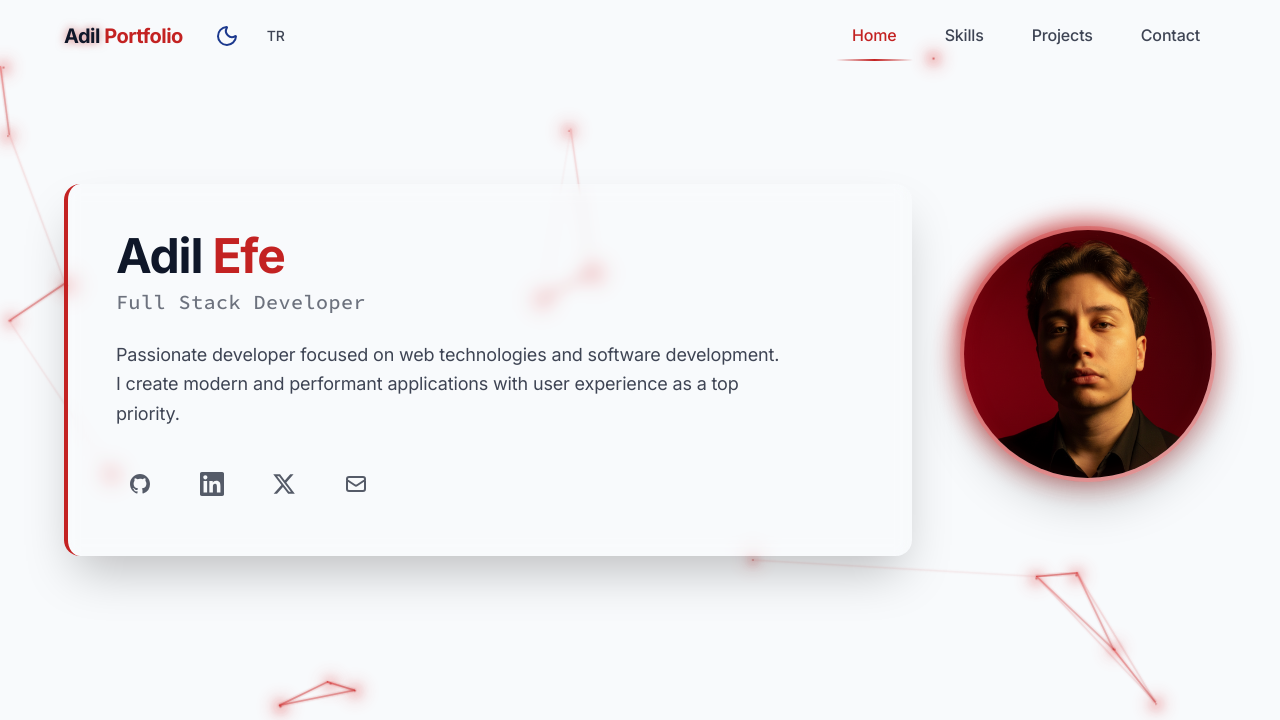
Repository: jusiann/personal-portfolio
Page: / (app in my-portfolio/)
An editor plug-in stored every save of this project. The page is shown before and after the next save, followed by the edit.
The browser window is 1280 px wide. The pictures show the whole page.
The project was rebuilt for these pictures with package versions that can differ from the ones it lists, and the page was loaded fresh each time. Also part of the build but not shown: my-portfolio/vite.config.js, my-portfolio/src/pages/Skills.jsx, my-portfolio/src/pages/Projects.jsx, my-portfolio/src/pages/Contact.jsx, my-portfolio/src/pages/NotFound.jsx.

Above is the page before, as saved 2025-11-20 00:12:28.

After the next save:
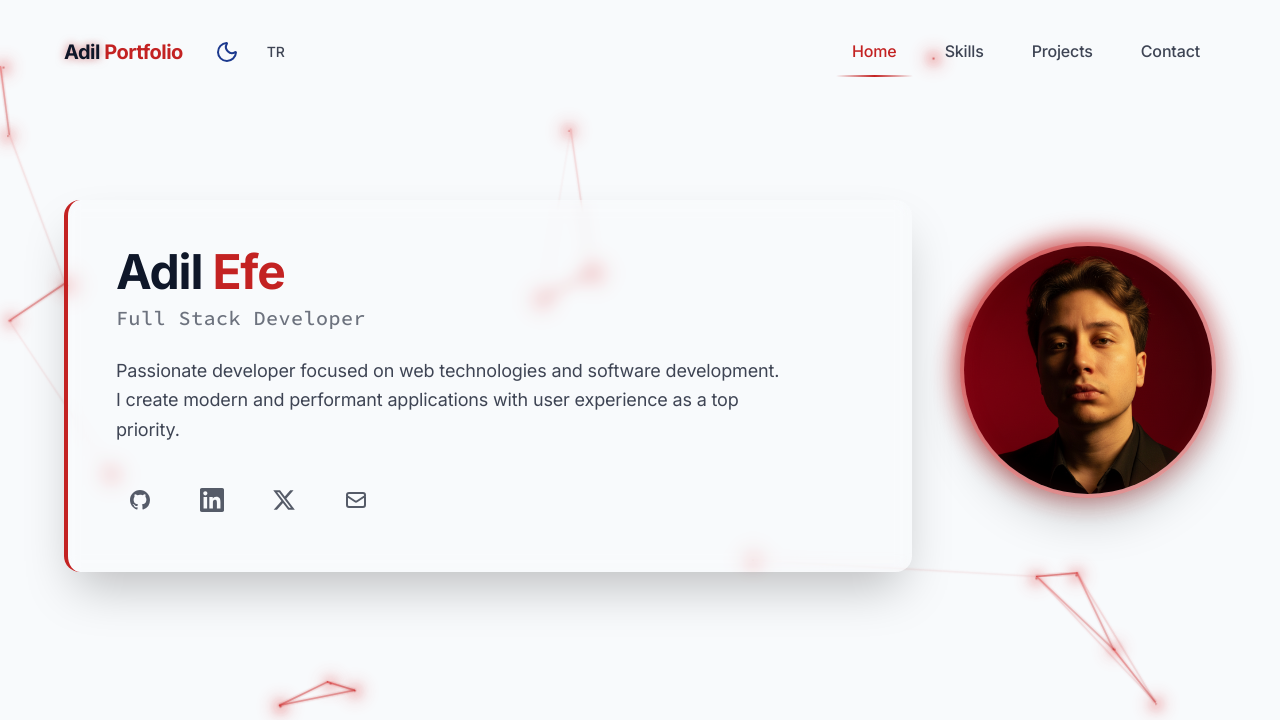
Saved 60 s later.
--- a/my-portfolio/src/components/Navbar.jsx
+++ b/my-portfolio/src/components/Navbar.jsx
@@ -38,7 +38,7 @@ export const Navbar = () => {
   return (
     <nav
       className={cn(
-        "relative w-full transition-all duration-300 py-5"
+        "relative w-full transition-all duration-300 py-5 mt-4"
       )}
     >
       <div className="w-[90%] mx-auto flex items-center justify-between h-8">
